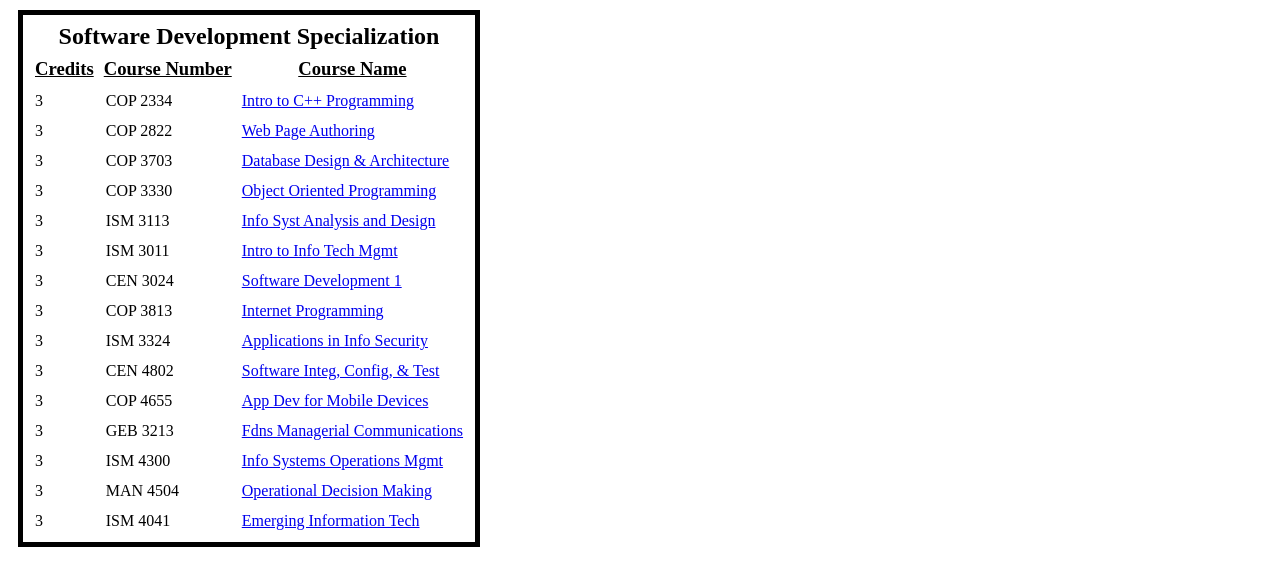
Repository: mlmEFSC21/P5-DegreeTableStyling
Page: FormattedProgramSpecialization1.html
These files come from the project's save history. The page is drawn as it stood at one moment and after the next save; the edit follows.
The browser window is 1280 px wide. The pictures show the whole page.
Some web fonts or font styles are not loaded; a fallback is used.

Above is the page before, as saved 2022-02-07 16:25:14.

After the next save:
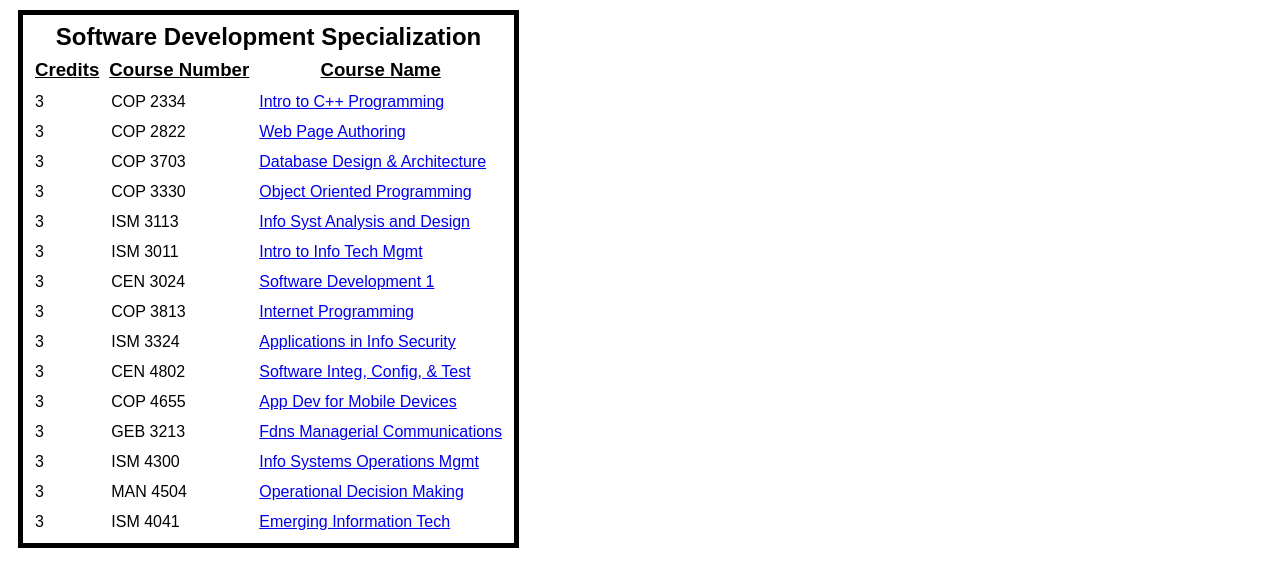
Saved 3 min 2 s later.
--- a/FormattedProgramSpecialization1.html
+++ b/FormattedProgramSpecialization1.html
@@ -12,7 +12,7 @@
         />
         <title>Degree Specialization Table</title>
     </head>
-    <body>
+    <body style="font-family: Spectral, sans-serif">
         <table style="border: 5px solid black; text-align: center; margin: 10px; padding: 5px">
             <thead>
                 <tr>
